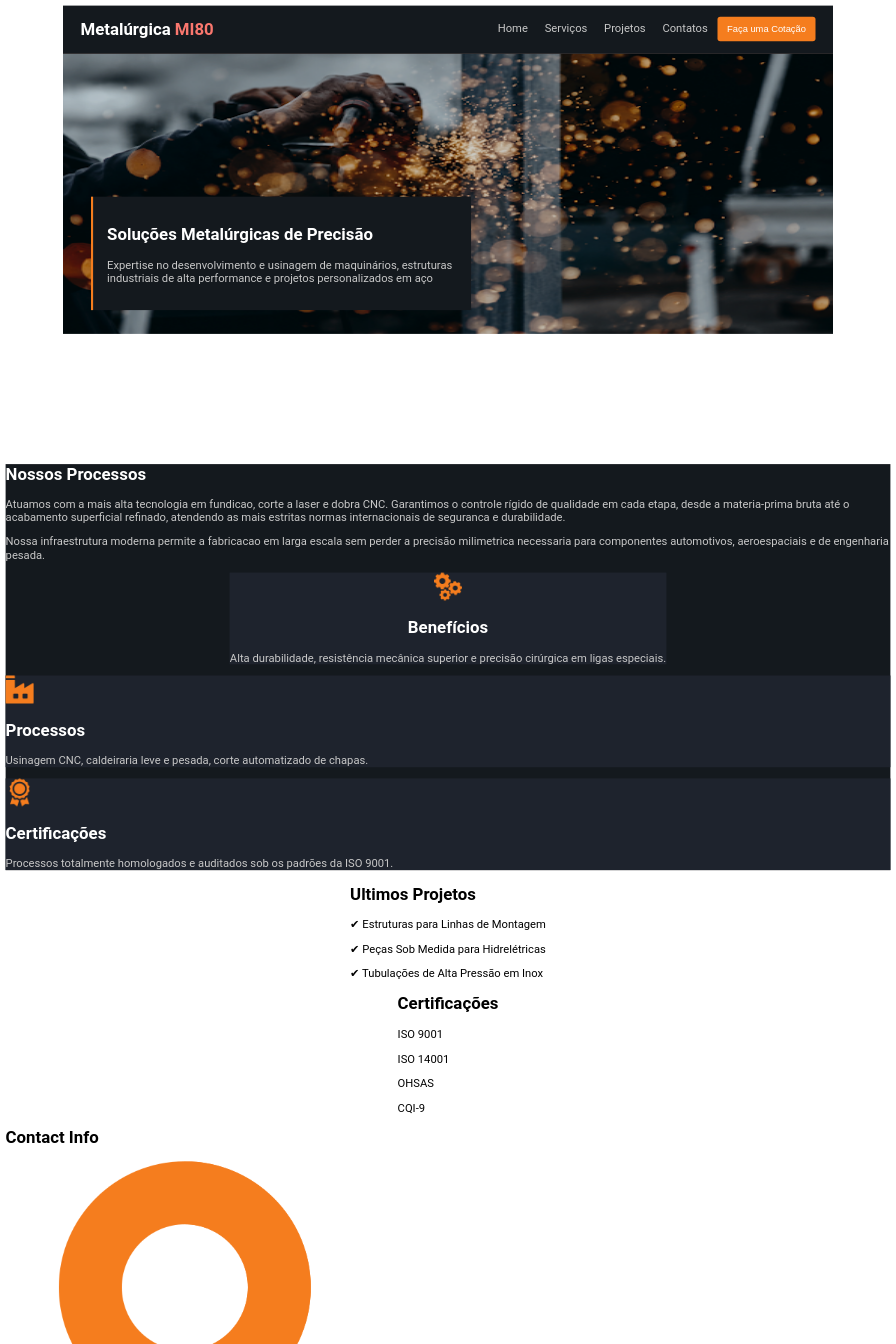
Repository: guiCherpinski/landing-page-metalurgica
Page: index.html
These files come from the project's save history. The page is drawn as it stood at one moment and after the next save; the edit follows.
The browser window is 1280 px wide. The pictures show the part of the page from y = 0 to 1920 px (the page is 4609 px tall), at 70% of full size.

Above is the page before, as saved 2026-06-03 20:20:46.

After the next save:
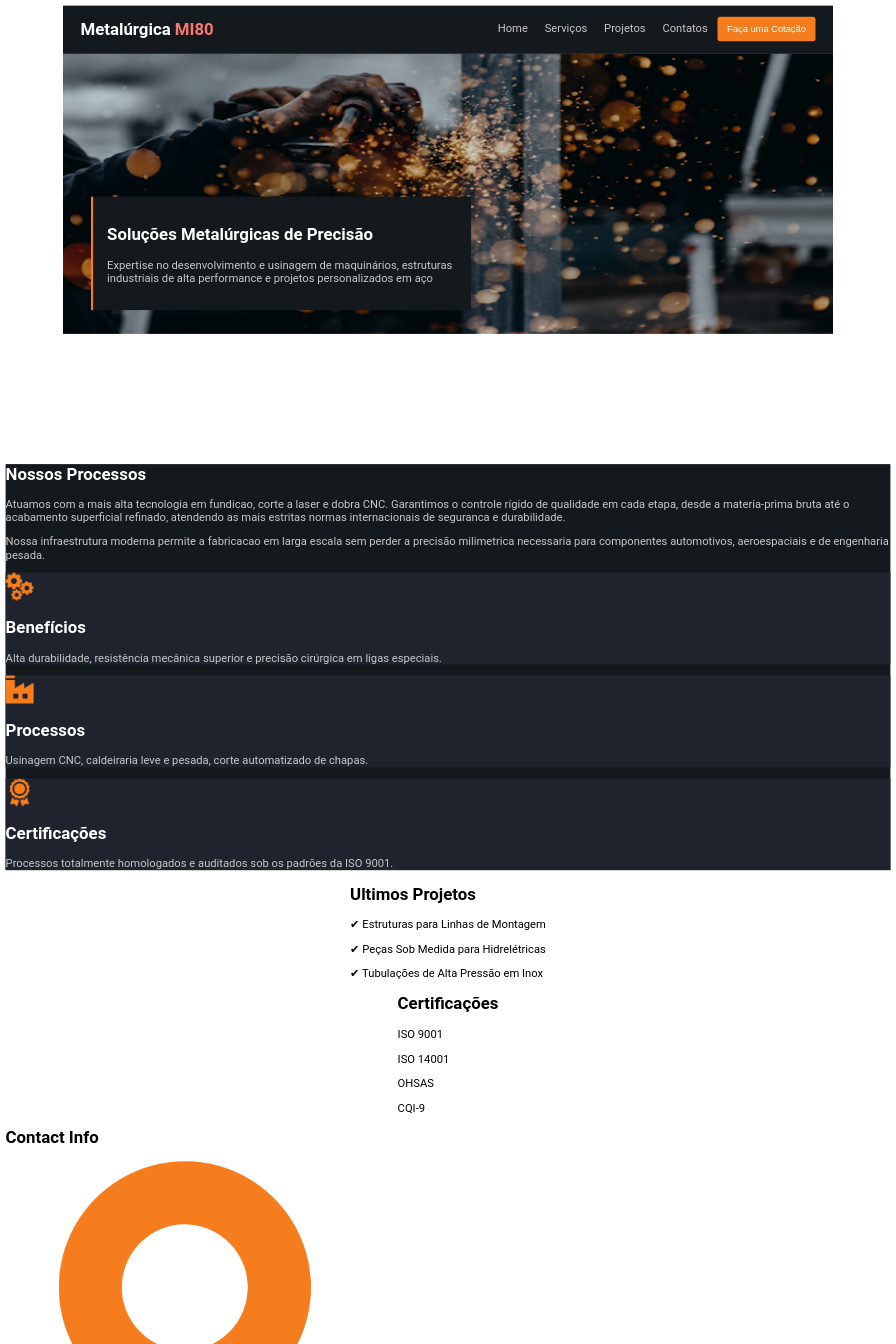
Saved 7 s later.
--- a/style.css
+++ b/style.css
@@ -90,8 +90,6 @@ header button:hover{
 
 .article-benefits{
     background: #1E232D;
-    justify-items: center;
-    justify-self: center;
 }
 
 .article-process{
